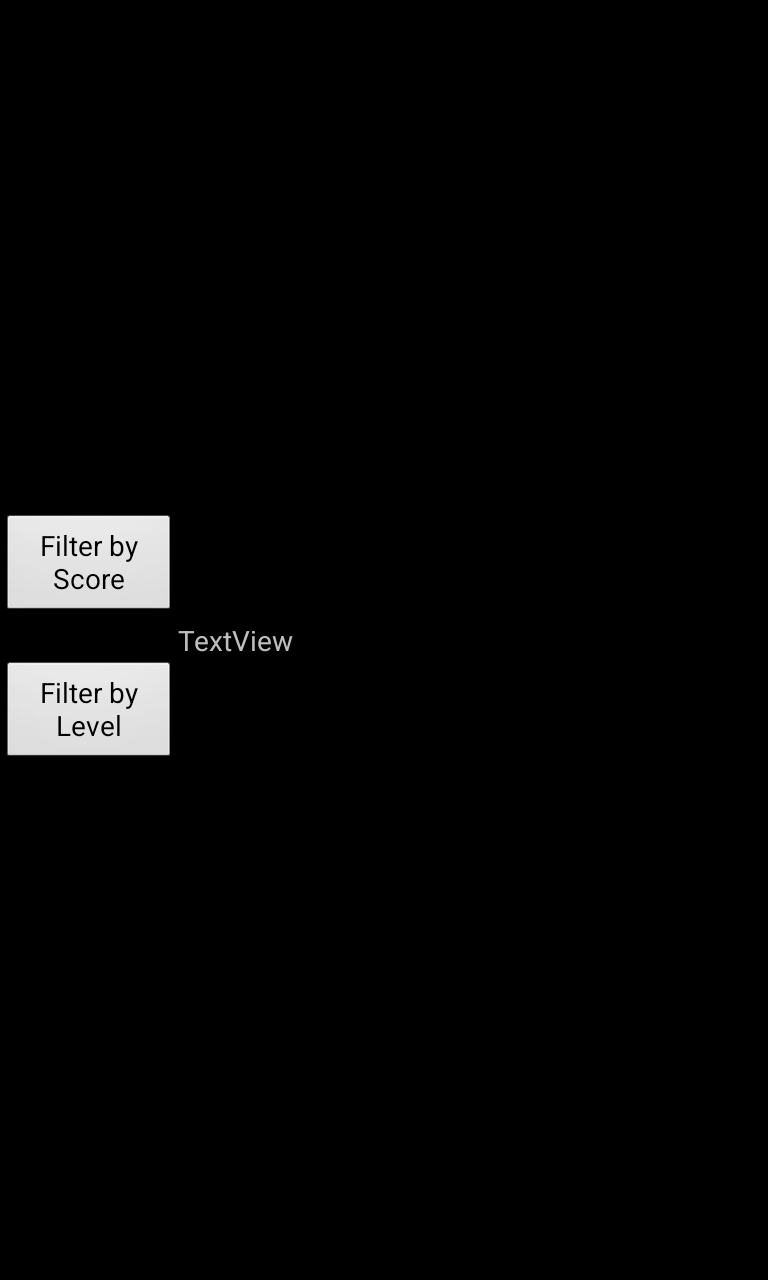
Repository: valleskeyp/IADHub
Layout: MGDGame-android/res/layout/main.xml
These files come from the project's save history. The layout is drawn as it stood at one moment and after the next save; the edit follows.
It is drawn on a 768 x 1280 px phone screen (xhdpi) without system bars, with theme android:Theme.NoTitleBar.Fullscreen; the app's code is not run. Lists and similar views that code fills are empty.

Above is the layout before, as saved 2013-07-29 23:07:02.

After the next save:
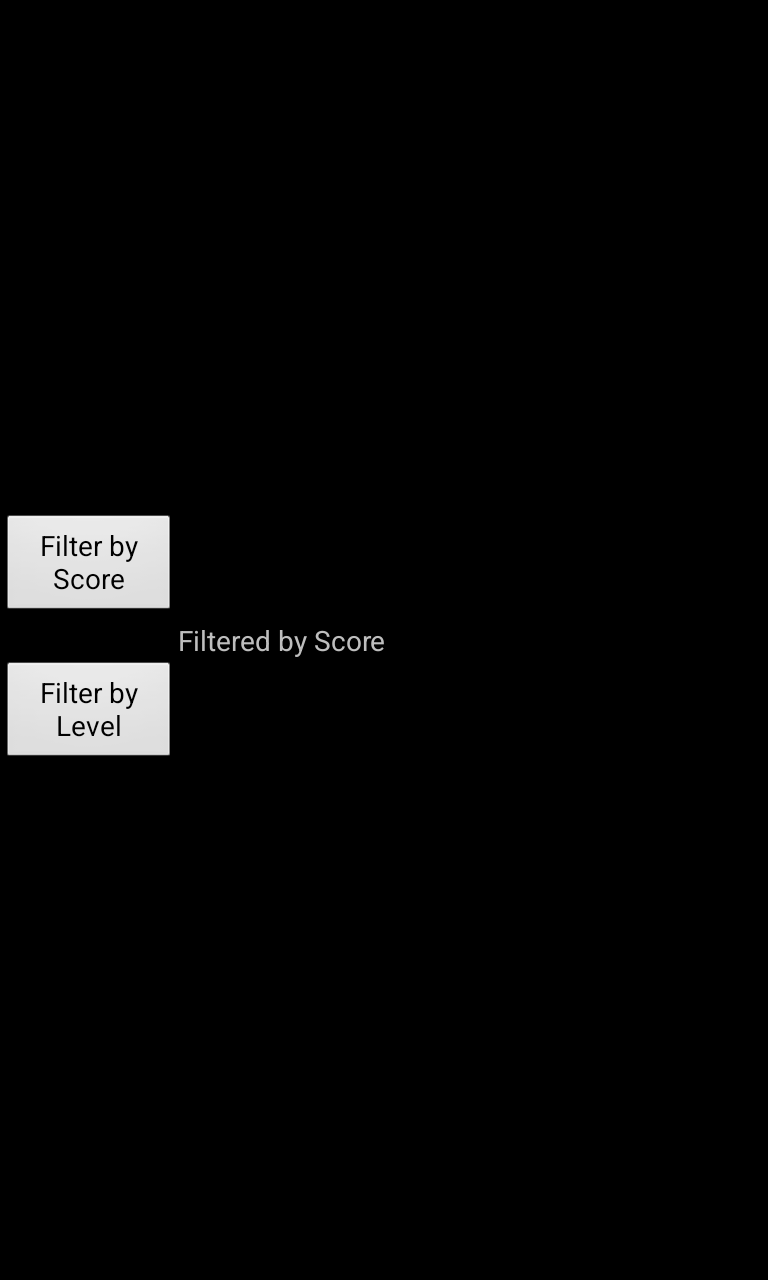
Saved 62 s later.
--- a/MGDGame-android/res/layout/main.xml
+++ b/MGDGame-android/res/layout/main.xml
@@ -34,7 +34,7 @@
 	        android:id="@+id/textView1"
 	        android:layout_width="match_parent"
 	        android:layout_height="wrap_content"
-	        android:text="TextView" />
+	        android:text="Filtered by Score" />
 
 	    <ListView
 	        android:id="@+id/list_scores"
